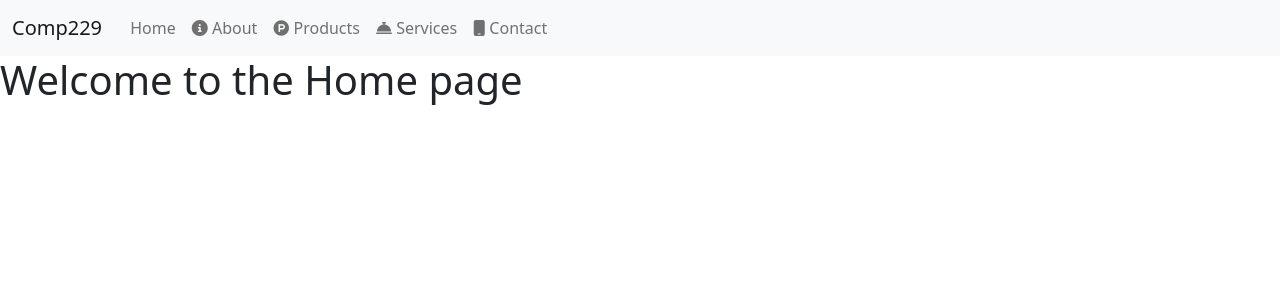
Repository: nhoque7/week3t.2
Page: http://localhost/
These files come from the project's save history. The page is drawn as it stood at one moment and after the next save; the edit follows.
The browser window is 1280 px wide. The pictures show the whole page.
The page is served by the project's Node server (server.js).

Above is the page before, as saved 2022-10-13 16:45:11.

After the next save:
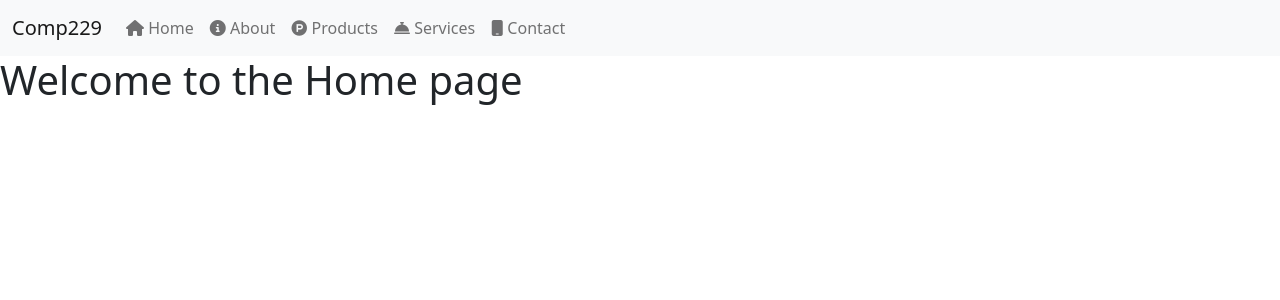
Saved 86 s later.
--- a/views/index.ejs
+++ b/views/index.ejs
@@ -24,7 +24,7 @@
         <ul class="navbar-nav me-auto mb-2 mb-lg-0">
 
           <li class="nav-item">
-            <a class="nav-link" aria-current="page" href="/home"><i class="fa-solid fa-house-blank"></i> Home</a>
+            <a class="nav-link" aria-current="page" href="/home"><i class="fa-sharp fa-solid fa-house"></i> Home</a>
           </li>
 
           <li class="nav-item">
